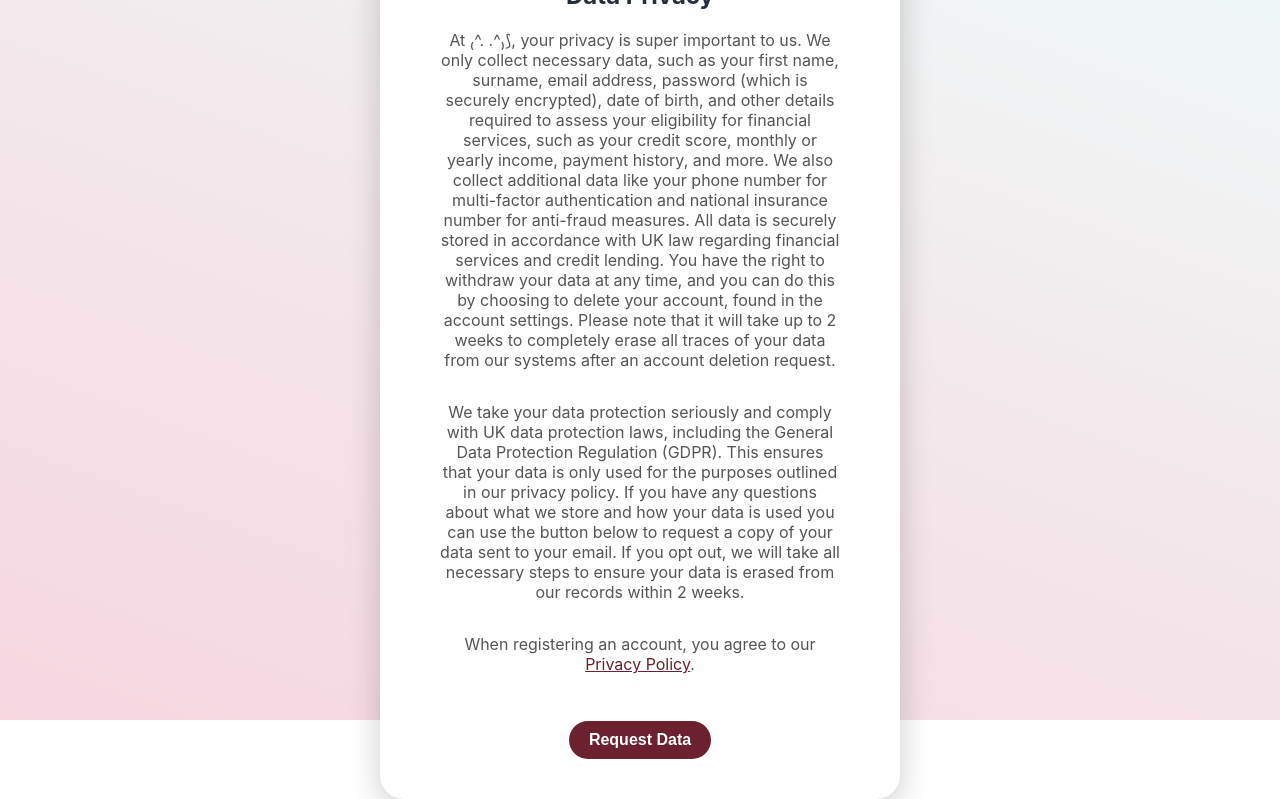
Repository: aab232/https---github.com-aab232-Deferred-Payment-Platform
Page: /privacy (app in frontend/)
These files come from the project's save history. The page is drawn as it stood at one moment and after the next save; the edit follows.
The browser window is 1280 px wide. The pictures show the whole page.
The project was rebuilt for these pictures with package versions that can differ from the ones it lists, and the page was loaded fresh each time. Also part of the build but not shown: frontend/src/components/Home.js, frontend/src/components/Register.js, frontend/src/components/Login.js, frontend/src/components/Main.css, frontend/src/components/Main.js, frontend/src/components/BackButton.css, frontend/src/components/BackButton.js, frontend/src/components/Settings.js.

Above is the page before, as saved 2025-04-01 02:11:33.

### frontend/src/App.js
import React from 'react';
import { BrowserRouter as Router, Routes, Route } from 'react-router-dom';
import Home from './components/Home';
import Register from './components/Register';
import Login from './components/Login';
import Main from './components/Main';
import Settings from './components/Settings';
import Privacy from './components/Privacy';

const App = () => {
  return (
    <Router>
      <Routes>
        <Route path="/" element={<Home />} />
        <Route path="/login" element={<Login />} />
        <Route path="/register" element={<Register />} />
        <Route path="/main" element={<Main />} />
        <Route path="/settings" element={<Settings />} />
        <Route path="/privacy" element={<Privacy />} />
      </Routes>
    </Router>
  );
};

export default App;

### frontend/src/components/Privacy.js
import React from 'react';
import './Privacy.css'; // Make sure to import the CSS file

const Privacy = () => {
  return (
    <div className="container">
      <div className="form-card">
        <h2>Data Privacy</h2>

        <p>At ₍^. .^₎⟆, your privacy is super important to us. We only collect necessary data, such as your first name, surname, email address, password (which is securely encrypted), date of birth, and other details required to assess your eligibility for financial services, such as your credit score, monthly or yearly income, payment history, and more. We also collect additional data like your phone number for multi-factor authentication and national insurance number for anti-fraud measures. All data is securely stored in accordance with UK law regarding financial services and credit lending. You have the right to withdraw your data at any time, and you can do this by choosing to delete your account, found in the account settings. Please note that it will take up to 2 weeks to completely erase all traces of your data from our systems after an account deletion request.</p>

        <p>We take your data protection seriously and comply with UK data protection laws, including the General Data Protection Regulation (GDPR). This ensures that your data is only used for the purposes outlined in our privacy policy. If you have any questions about what we store and how your data is used you can use the button below to request a copy of your data sent to your email. If you opt out, we will take all necessary steps to ensure your data is erased from our records within 2 weeks.</p>

        <p>When registering an account, you agree to our <span className="link">Privacy Policy</span>.</p>
        <button class="request-data-btn">Request Data</button>
      </div>
    </div>
  );
};

export default Privacy;

### frontend/src/components/Home.css
.container {
    display: flex;
    justify-content: center;
    align-items: center;
    height: 100vh; /* Full viewport height */
    background: linear-gradient(135deg, #252f3b, #252d3b); /* Elegant gradient */
  }

  .card {
    text-align: center;
    background: #fff;
    padding: 40px 60px;
    border-radius: 24px;
    box-shadow: 0 8px 32px rgba(0, 0, 0, 0.2);
    max-width: 350px;
    width: 100%;
  }

  h1 {
    margin-bottom: 16px;
    font-size: 28px;
    color: #252f3b;
  }

  p {
    margin-bottom: 32px;
    font-size: 16px;
    color: #555;
  }

  .button-group {
    display: flex;
    justify-content: space-between;
  }

  .btn {
    padding: 12px 24px;
    font-size: 16px;
    border: none;
    border-radius: 30px; /* Rounded buttons */
    cursor: pointer;
    transition: background 0.3s ease;
    color: white;
    background: #252f3b;
  }

  .btn:hover {
    background: #252f3b; /* Button hover effect */
  }

### frontend/src/components/Form.css
.container {
  display: flex;
  justify-content: center;
  align-items: center;
  height: 100vh;
  background: linear-gradient(200deg, #eff7f6, #F7D6E0);
}

.form-card {
  background: white;
  padding: 40px 60px;
  border-radius: 24px;
  box-shadow: 0 8px 32px rgba(0, 0, 0, 0.2);
  max-width: 400px;
  width: 100%;
  text-align: center;
}

h2 {
  color: #252f3b;
}

input {
  display: block;
  width: 100%;
  margin: 10px 0;
  padding: 12px;
  border: 1px solid #ddd;
  border-radius: 30px;
}

.btn {
  padding: 12px 24px;
  margin-top: 20px;
  border-radius: 30px;
  border: none;
  color: white;
  background: #6b212e;
  cursor: pointer;
}

.btn:hover {
  background: #a41b34;
}

.link {
  color: #6b212e;
  cursor: pointer;
}

### frontend/src/components/Settings.css
.settings-container {
  display: flex;
  flex-direction: column;
  align-items: center;
  padding: 40px 20px;
  background: #f8f9fa;
  min-height: 100vh;
}

h1 {
  color: #343a40;
  margin-bottom: 20px;
}

.menu {
  display: flex;
  gap: 20px;
  margin-bottom: 40px;
}

.menu button {
  padding: 10px 20px;
  border: none;
  border-radius: 8px;
  cursor: pointer;
  transition: background 0.3s ease;
  font-weight: bold;
  background: #007bff;
  color: white;
}

.menu .danger {
  background: #dc3545;
}

.menu button:hover {
  opacity: 0.8;
}

/* Dropdown styling */
.dropdown {
  display: flex;
  flex-direction: column;
  gap: 10px;
  margin-top: 20px;
}

.dropdown button {
  padding: 8px 16px;
  border: none;
  border-radius: 8px;
  background: #6c757d;
  color: white;
  cursor: pointer;
  transition: background 0.3s ease;
}

.dropdown button:hover {
  background: #495057;
}

/* Section Styling */
.section {
  width: 100%;
  max-width: 600px;
  background: white;
  padding: 30px;
  border-radius: 16px;
  box-shadow: 0 8px 24px rgba(0, 0, 0, 0.1);
  margin-top: 20px;
}

h2 {
  color: #495057;
  margin-bottom: 20px;
}

input {
  width: 100%;
  padding: 12px;
  margin-bottom: 15px;
  border: 1px solid #ced4da;
  border-radius: 8px;
  font-size: 14px;
}

button {
  padding: 12px 20px;
  border: none;
  border-radius: 8px;
  cursor: pointer;
  background: #28a745;
  color: white;
  font-weight: bold;
}

button:hover {
  opacity: 0.9;
}

.info {
  margin-top: 20px;
  color: #6c757d;
}

### frontend/src/components/Privacy.css

.container {
    display: flex;
    justify-content: center;
    align-items: center;
    height: 100vh;
    background: linear-gradient(200deg, #eff7f6, #F7D6E0);
  }


  .form-card {
    background: white;
    padding: 40px 60px;
    border-radius: 24px;
    box-shadow: 0 8px 32px rgba(0, 0, 0, 0.2);
    max-width: 400px;
    width: 100%;
    text-align: center;
  }


  h2 {
    color: #252f3b;
    font-size: 24px;
    margin-bottom: 20px;
  }

  .btn {
    padding: 12px 24px;
    margin-top: 20px;
    border-radius: 30px;
    border: none;
    color: white;
    background: #6b212e;
    cursor: pointer;
  }

  .btn:hover {
    background: #a41b34;
  }

  .link {
    color: #6b212e;
    cursor: pointer;
    text-decoration: underline;
  }

  .link:hover {
    color: #a41b34;
  }

  .privacy-container {
    text-align: center;
    margin-top: 20px;
  }

  .request-data-btn {
    padding: 10px 20px;
    margin-top: 15px;
    background-color: #6b212e;
    color: white;
    border: none;
    border-radius: 30px;
    cursor: pointer;
    font-size: 16px;
  }

  .request-data-btn:hover {
    background-color: #a41b34;
  }

Loaded but not shown: frontend/public/index.html (common file); frontend/src/index.js (common file); frontend/src/index.css (common file)

After the next save:
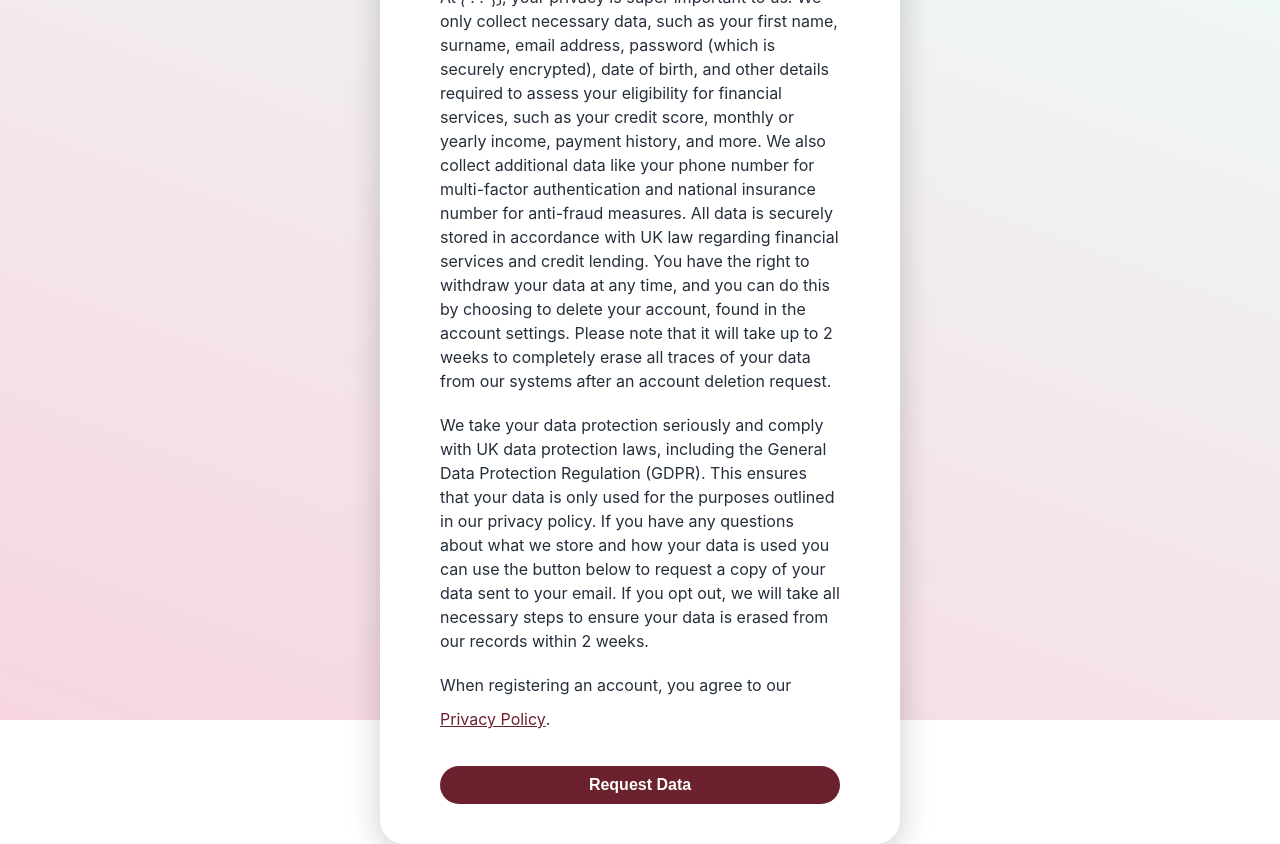
Saved 103 s later.
--- a/frontend/src/components/Privacy.css
+++ b/frontend/src/components/Privacy.css
@@ -1,4 +1,3 @@
-
 .container {
     display: flex;
     justify-content: center;
@@ -7,7 +6,6 @@
     background: linear-gradient(200deg, #eff7f6, #F7D6E0);
   }
 
-
   .form-card {
     background: white;
     padding: 40px 60px;
@@ -15,14 +13,21 @@
     box-shadow: 0 8px 32px rgba(0, 0, 0, 0.2);
     max-width: 400px;
     width: 100%;
-    text-align: center;
   }
-
 
   h2 {
     color: #252f3b;
     font-size: 24px;
     margin-bottom: 20px;
+    text-align: left;  /* Align text to the left */
+  }
+
+  p {
+    color: #252f3b;
+    font-size: 16px;
+    line-height: 1.5;
+    margin-bottom: 20px;
+    text-align: left;  /* Align text to the left */
   }
 
   .btn {
@@ -33,6 +38,7 @@
     color: white;
     background: #6b212e;
     cursor: pointer;
+    width: 100%;  /* Make button full-width */
   }
 
   .btn:hover {
@@ -43,6 +49,8 @@
     color: #6b212e;
     cursor: pointer;
     text-decoration: underline;
+    display: inline-block;
+    margin-top: 10px;
   }
 
   .link:hover {
@@ -50,7 +58,7 @@
   }
 
   .privacy-container {
-    text-align: center;
+    text-align: left;  /* Align all text to the left */
     margin-top: 20px;
   }
 
@@ -63,6 +71,7 @@
     border-radius: 30px;
     cursor: pointer;
     font-size: 16px;
+    width: 100%;  /* Make the button full-width */
   }
 
   .request-data-btn:hover {
